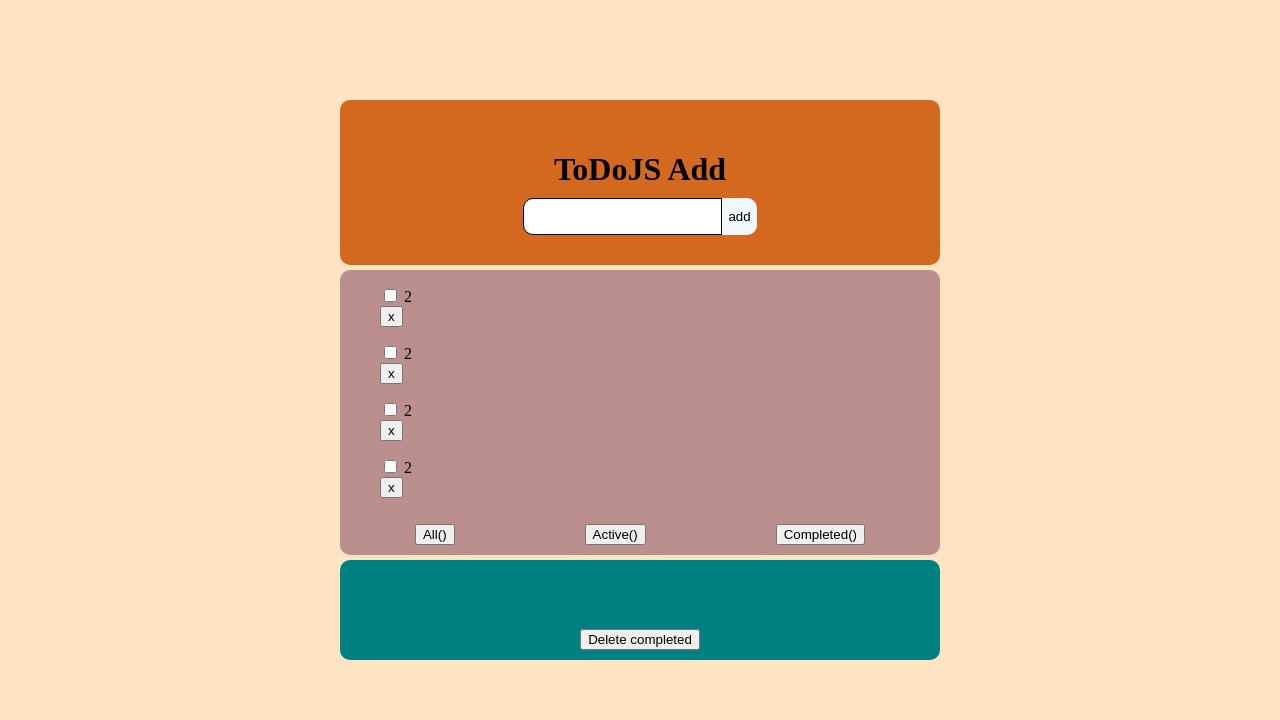
Repository: Savich01/todoTest
Page: index.html
These files come from the project's save history. The page is drawn as it stood at one moment and after the next save; the edit follows.
The browser window is 1280 px wide. The pictures show the whole page.

Above is the page before, as saved 2024-05-06 11:36:32.

### index.html
<!DOCTYPE html>
<html lang="en">
<head>
    <meta charset="UTF-8">
    <meta name="viewport" content="width=device-width, initial-scale=1.0">
    <link rel="stylesheet" href="css/style.css">
    <title>ToDO</title>
</head>
<body>
    <header class="header">
        <div class="header-block">
            <div class="header-block__sub">
                <h1 class="title">ToDoJS Add</h1>
                <form class="personal" action="#">
                    <input type="text" class="personal-input">
                    <button class="personal-btn">add</button>
                </form>
            </div>
        </div>
    </header>
     <main class="main">
        <div class="main-block">

            <div class="main-container">
                <ul class="main-container--list">
                <li class="main-container--list-link">
                    <input class="main-checked" type="checkbox">
                    2
                </li>
                <button class="main--list-btn">
                    х
                </button>
               </ul>

               <ul class="main-container--list">
                <li class="main-container--list-link">
                    <input class="main-checked" type="checkbox">
                    2
                </li>
                <button class="main--list-btn">
                    х
                </button>
               </ul>

               <ul class="main-container--list">
                <li class="main-container--list-link">
                    <input class="main-checked" type="checkbox">
                    2
                </li>
                <button class="main--list-btn">
                    х
                </button>
               </ul>


               <ul class="main-container--list">
                <li class="main-container--list-link">
                    <input class="main-checked" type="checkbox">
                    2
                </li>
                <button class="main--list-btn">
                    х
                </button>
               </ul>


            </div>




            <div class="main-button">
                 <button class="main-btn1">All()</button>
                 <button class="main-btn2">Active()</button>
                 <button class="main-btn3">Completed()</button>
            </div>
            </div>
     </main>
     <footer class="footer">
        <div class="footer-block">
            <div class="footer-btn">
                <button class="btn">Delete completed</button>
            </div>
        </div>
     </footer>
        <script src="js/script.js"></script>
</body>
</html>

### css/style.css
ul,li {
    text-decoration: none;
    list-style: none;
}


/*------------HEADER-------------------------------------*/

body {
    max-width: 100%;
    background: #FFE4C4;
}
.header {
    margin-top: 100px;
    margin-bottom: 5px;
}
.header-block {
    max-width: 600px;
    margin: 0 auto;
    background: #D2691E;
    border-radius: 10px;
}
 .header-block__sub {
    display: flex;
    flex-direction: column;
    justify-content: center;
    align-items: center;
    padding: 30px 0px;
 }

 .title {
    margin-bottom: 10px;
 }

 .personal {
    display: flex;
    justify-content: center;
 }

 .personal-input{
    padding: 10px;
    border: 1px solid #000;
    border-radius: 10px 0px 0px 10px;
 }
.personal-btn {
    border: none;
    background-color: aliceblue;
    border-radius: 0px 10px 10px 0px;
    cursor: pointer;
}
/*------------------MAIN-------------------------------------*/

.main-block {
   max-width: 600px;
   margin: 0 auto;
   background: #BC8F8F;
   min-height: 70px;
   border-radius: 10px;
   display:flex;
   flex-direction: column;
   justify-content: space-between;
   margin-bottom: 5px;
}

.main-block--list{
    display: flex;
    align-items: center;
    justify-content: center;
    padding-right: 47px;
}

.main-block--list-link{
    display: flex;
    align-items: center;
}

.main-block--text{
    margin-left: 10px;
}

.checkbox-active{
    width: 20px;
    height: 17px;
}

.main-block--text{
    transform: translateY(1px);
}

.main-list{
  padding: 0px 30px;
}
.main-list--link{
  display: flex;
  align-items: center;
  justify-content: space-between;
  margin-bottom: 15px;
  padding: 10px;
  background-color: #FFE4C4;
}



























.main-button {
    padding: 10px;
    display: flex;
    align-items: flex-end;
    justify-content: space-around
}

/* .main-container {
    background: rgba(183, 231, 62, 0.699);
    border-radius: 20px;
    margin: 15px;
    /* display: none; */
/* } */

/* .main-container--list{
    background-color: #20B2AA;
    border-radius: 10px;
    margin: 25px;
    display: flex;
    align-items: center;
    justify-content: space-between;
} */

/* .main-container--list-link {
    padding: 10px;
    display: flex;
    align-items: center;
    justify-content: space-between;
} */
/* .main-checked{
    width: 20px;
    height: 16px;
    cursor: pointer;
} */
/* .main-text{
    display: inline-block;
    margin-left: 15px;
    transform: translateY(1px);
} */
/* .main--list-btn{
    min-width: 20px;
    max-width: 23px;
    background: #FFFFE0;
    align-items: center;
    margin-right: 25px;
    cursor: pointer;
    border: none;
    background: #B22222;
} */
/*--------------*/

/*--------------*/


/*------------------FOOTER--------------------------------------------------*/

.footer-block {
    max-width: 600px;
    margin: 0 auto;
    background: #008080;
    height: 100px;
    border-radius: 10px;
    display: flex;
    align-items: flex-end;
    justify-content: space-around;
}
.footer-btn {
    padding: 10px;
}

Loaded but not shown: js/script.js (no copy from this time; the picture is the same without it)

After the next save:
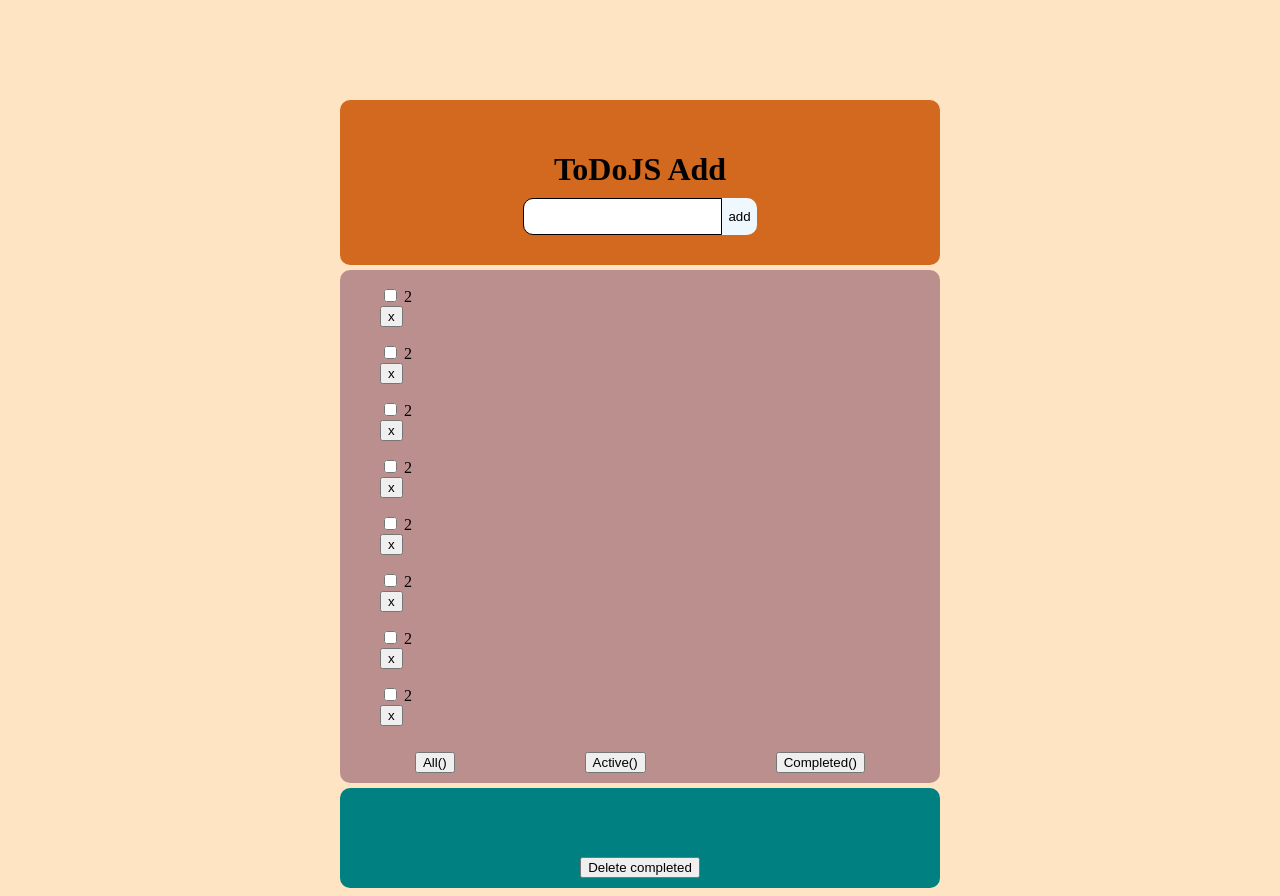
Saved 11 s later.
--- a/index.html
+++ b/index.html
@@ -63,6 +63,46 @@
                 </button>
                </ul>
 
+               <ul class="main-container--list">
+                <li class="main-container--list-link">
+                    <input class="main-checked" type="checkbox">
+                    2
+                </li>
+                <button class="main--list-btn">
+                    х
+                </button>
+               </ul>
+
+               <ul class="main-container--list">
+                <li class="main-container--list-link">
+                    <input class="main-checked" type="checkbox">
+                    2
+                </li>
+                <button class="main--list-btn">
+                    х
+                </button>
+               </ul>
+
+               <ul class="main-container--list">
+                <li class="main-container--list-link">
+                    <input class="main-checked" type="checkbox">
+                    2
+                </li>
+                <button class="main--list-btn">
+                    х
+                </button>
+               </ul>
+
+               <ul class="main-container--list">
+                <li class="main-container--list-link">
+                    <input class="main-checked" type="checkbox">
+                    2
+                </li>
+                <button class="main--list-btn">
+                    х
+                </button>
+               </ul>
+
 
             </div>
 
